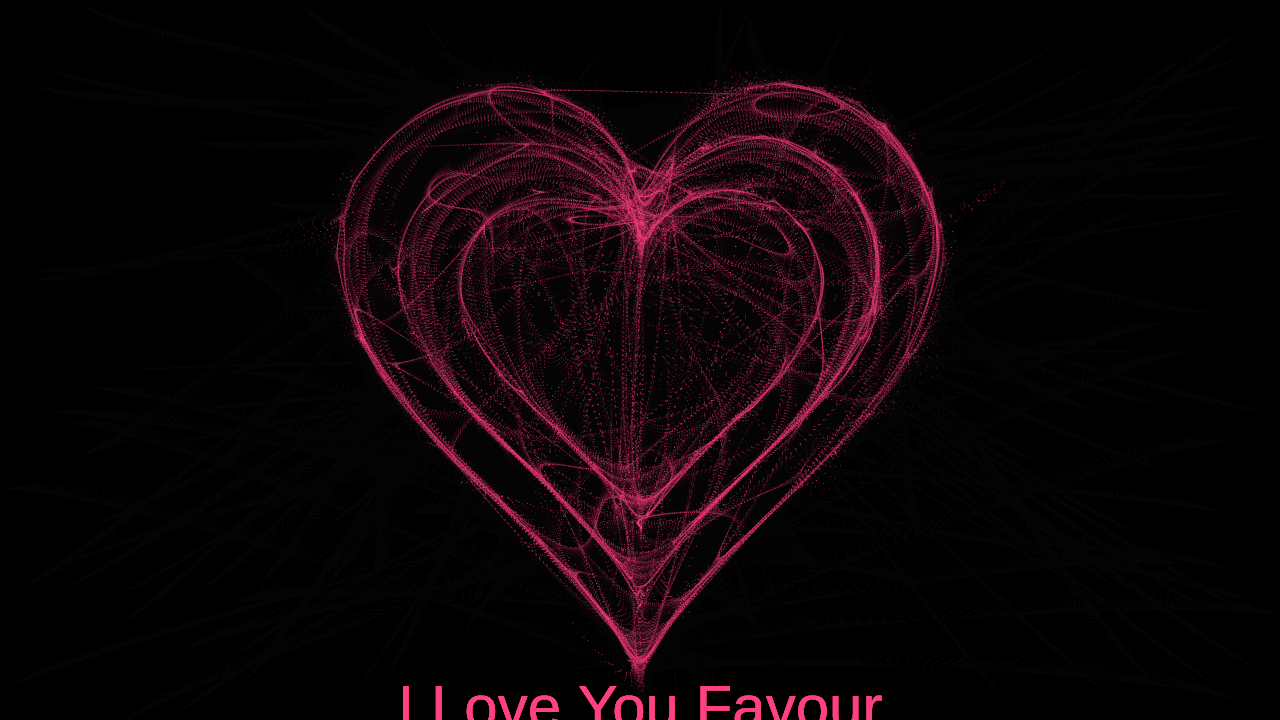
Repository: Madgerald-09/Something
Page: love.html
These files come from the project's save history. The page is drawn as it stood at one moment and after the next save; the edit follows.
The browser window is 1280 px wide. The pictures show the whole page.

Above is the page before, as saved 2025-12-09 01:51:53.

### love.html
<!DOCTYPE html>
<html lang="en">
<head>
  <meta charset="UTF-8">
  <meta name="viewport" content="width=device-width, initial-scale=1.0">
  <title>❤️ I Love You Favour</title>
  <link rel="stylesheet" href="styles/love.css">
  <style>
    #clickMessage {
      position: fixed;
      top: 50%;
      left: 50%;
      transform: translate(-50%, -50%);
      color: white;
      font-size: 24px;
      text-align: center;
      background: rgba(255, 64, 129, 0.9);
      padding: 20px 40px;
      border-radius: 25px;
      z-index: 1000;
      animation: pulse 2s infinite;
      cursor: pointer;
      box-shadow: 0 10px 30px rgba(255, 64, 129, 0.5);
      display: none;
    }
    @keyframes pulse {
      0% { transform: translate(-50%, -50%) scale(1); }
      50% { transform: translate(-50%, -50%) scale(1.05); }
      100% { transform: translate(-50%, -50%) scale(1); }
    }
  </style>
</head>
<body>
  <canvas id="heart"></canvas>

  <audio id="backgroundMusic" loop>
    <source src="assets/blue.mp3" type="audio/mpeg">
    Your browser does not support the audio element.
  </audio>

  <div id="clickMessage">✨ Click to Play Music ✨</div>

  <script src="script/love.js"></script>

  <script>
    document.addEventListener('DOMContentLoaded', function() {
      const music = document.getElementById('backgroundMusic');
      const message = document.getElementById('clickMessage');

      // Check if music was playing on previous page
      const shouldPlay = localStorage.getItem('musicShouldPlay') === 'true';
      const savedTime = localStorage.getItem('musicTime') || 0;

      if (shouldPlay && savedTime > 0) {
        music.currentTime = parseFloat(savedTime);
      }

      // Try to auto-play
      setTimeout(() => {
        music.play().then(() => {
          console.log('🎵 Music playing automatically');
          message.style.display = 'none';

          // Save playback state
          music.addEventListener('play', () => {
            localStorage.setItem('musicShouldPlay', 'true');
          });

          music.addEventListener('pause', () => {
            localStorage.setItem('musicShouldPlay', 'false');
          });

          // Save current time every 3 seconds
          setInterval(() => {
            localStorage.setItem('musicTime', music.currentTime);
          }, 3000);

        }).catch(error => {
          console.log('🔇 Autoplay blocked, showing play button');
          message.style.display = 'block';

          // Play when message is clicked
          message.addEventListener('click', function playMusic() {
            music.play().then(() => {
              message.style.display = 'none';
              localStorage.setItem('musicShouldPlay', 'true');
            }).catch(e => {
              console.log('Still failed:', e);
              message.textContent = '❌ Cannot play audio. Please refresh.';
            });
            message.removeEventListener('click', playMusic);
          });

          // Also play on any click
          document.addEventListener('click', function playOnAnyClick() {
            if (music.paused) {
              music.play();
              message.style.display = 'none';
            }
            document.removeEventListener('click', playOnAnyClick);
          });
        });
      }, 1000);
    });
  </script>
</body>
</html>

### styles/love.css
body, html {
    margin: 0;
    padding: 0;
    width: 100%;
    height: 100%;
    overflow: hidden;
    background: #000;
}

canvas {
    display: block;
    position: absolute;
    top: 0;
    left: 0;
    width: 100%;
    height: 100%;
}

### script/love.js
window.requestAnimationFrame =
  window.__requestAnimationFrame ||
  window.requestAnimationFrame ||
  window.webkitRequestAnimationFrame ||
  window.mozRequestAnimationFrame ||
  window.oRequestAnimationFrame ||
  window.msRequestAnimationFrame ||
  (function () {
    return function (callback, element) {
      var lastTime = element.__lastTime || 0;
      var currTime = Date.now();
      var timeToCall = Math.max(1, 33 - (currTime - lastTime));
      window.setTimeout(callback, timeToCall);
      element.__lastTime = currTime + timeToCall;
    };
  })();

window.isDevice = /android|webos|iphone|ipad|ipod|blackberry|iemobile|opera mini/i.test(
  (navigator.userAgent || navigator.vendor || window.opera).toLowerCase()
);

var loaded = false;

function init() {
  if (loaded) return;
  loaded = true;
  var mobile = window.isDevice;
  var koef = mobile ? 0.5 : 1;
  var canvas = document.getElementById("heart");
  var ctx = canvas.getContext("2d");
  var width = (canvas.width = koef * innerWidth);
  var height = (canvas.height = koef * innerHeight);
  var rand = Math.random;

  ctx.fillStyle = "rgba(0,0,0,1)";
  ctx.fillRect(0, 0, width, height);

  function drawText() {
    ctx.font = "60px Arial";
    ctx.fillStyle = "#ff4081";
    ctx.textAlign = "center";
    ctx.fillText("I Love You Favour", width / 2, height / 2.2 + 400);
  }

  function heartPosition(rad) {
    return [
      Math.pow(Math.sin(rad), 3),
      -(
        15 * Math.cos(rad) -
        5 * Math.cos(2 * rad) -
        2 * Math.cos(3 * rad) -
        Math.cos(4 * rad)
      ),
    ];
  }

  function scaleAndTranslate(pos, sx, sy, dx, dy) {
    return [dx + pos[0] * sx, dy + pos[1] * sy];
  }

  window.addEventListener("resize", function () {
    width = canvas.width = koef * innerWidth;
    height = canvas.height = koef * innerHeight;
    ctx.fillStyle = "rgba(0,0,0,1)";
    ctx.fillRect(0, 0, width, height);
  });

  var traceCount = mobile ? 20 : 50;
  var pointsOrigin = [];
  var dr = mobile ? 0.3 : 0.1;
  for (var i = 0; i < Math.PI * 2; i += dr)
    pointsOrigin.push(scaleAndTranslate(heartPosition(i), 310, 19, 0, 0));
  for (var i = 0; i < Math.PI * 2; i += dr)
    pointsOrigin.push(scaleAndTranslate(heartPosition(i), 250, 15, 0, 0));
  for (var i = 0; i < Math.PI * 2; i += dr)
    pointsOrigin.push(scaleAndTranslate(heartPosition(i), 190, 11, 0, 0));

  var heartPointsCount = pointsOrigin.length;
  var targetPoints = [];

  function pulse(kx, ky) {
    for (var i = 0; i < pointsOrigin.length; i++) {
      targetPoints[i] = [
        kx * pointsOrigin[i][0] + width / 2,
        ky * pointsOrigin[i][1] + height / 2.2,
      ];
    }
  }

  var e = [];
  for (var i = 0; i < heartPointsCount; i++) {
    var x = rand() * width;
    var y = rand() * height;
    e[i] = {
      vx: 0,
      vy: 0,
      R: 2,
      speed: rand() + 5,
      q: ~~(rand() * heartPointsCount),
      D: 2 * (i % 2) - 1,
      force: 0.2 * rand() + 0.7,
      f: "rgba(255, 64, 129, 0.7)",
      trace: Array.from({ length: traceCount }, () => ({ x, y })),
    };
  }

  var config = { traceK: 0.4, timeDelta: 0.6 };
  var time = 0;

  function loop() {
    var n = -Math.cos(time);
    pulse((1 + n) * 0.5, (1 + n) * 0.5);
    time += (Math.sin(time) < 0 ? 9 : n > 0.8 ? 0.2 : 1) * config.timeDelta;

    ctx.fillStyle = "rgba(0,0,0,.1)";
    ctx.fillRect(0, 0, width, height);

    for (var i = e.length; i--; ) {
      var u = e[i];
      var q = targetPoints[u.q];
      var dx = u.trace[0].x - q[0];
      var dy = u.trace[0].y - q[1];
      var length = Math.sqrt(dx * dx + dy * dy);

      if (length < 10) {
        if (rand() > 0.95) {
          u.q = ~~(rand() * heartPointsCount);
        } else {
          if (rand() > 0.99) u.D *= -1;
          u.q = (u.q + u.D) % heartPointsCount;
          if (u.q < 0) u.q += heartPointsCount;
        }
      }

      u.vx += (-dx / length) * u.speed;
      u.vy += (-dy / length) * u.speed;
      u.trace[0].x += u.vx;
      u.trace[0].y += u.vy;
      u.vx *= u.force;
      u.vy *= u.force;

      for (var k = 0; k < u.trace.length - 1; k++) {
        var T = u.trace[k];
        var N = u.trace[k + 1];
        N.x -= config.traceK * (N.x - T.x);
        N.y -= config.traceK * (N.y - T.y);
      }

      ctx.fillStyle = u.f;
      u.trace.forEach((t) => ctx.fillRect(t.x, t.y, 1, 1));
    }

    drawText();
    window.requestAnimationFrame(loop, canvas);
  }

  loop();
}

document.addEventListener("DOMContentLoaded", init);

After the next save:
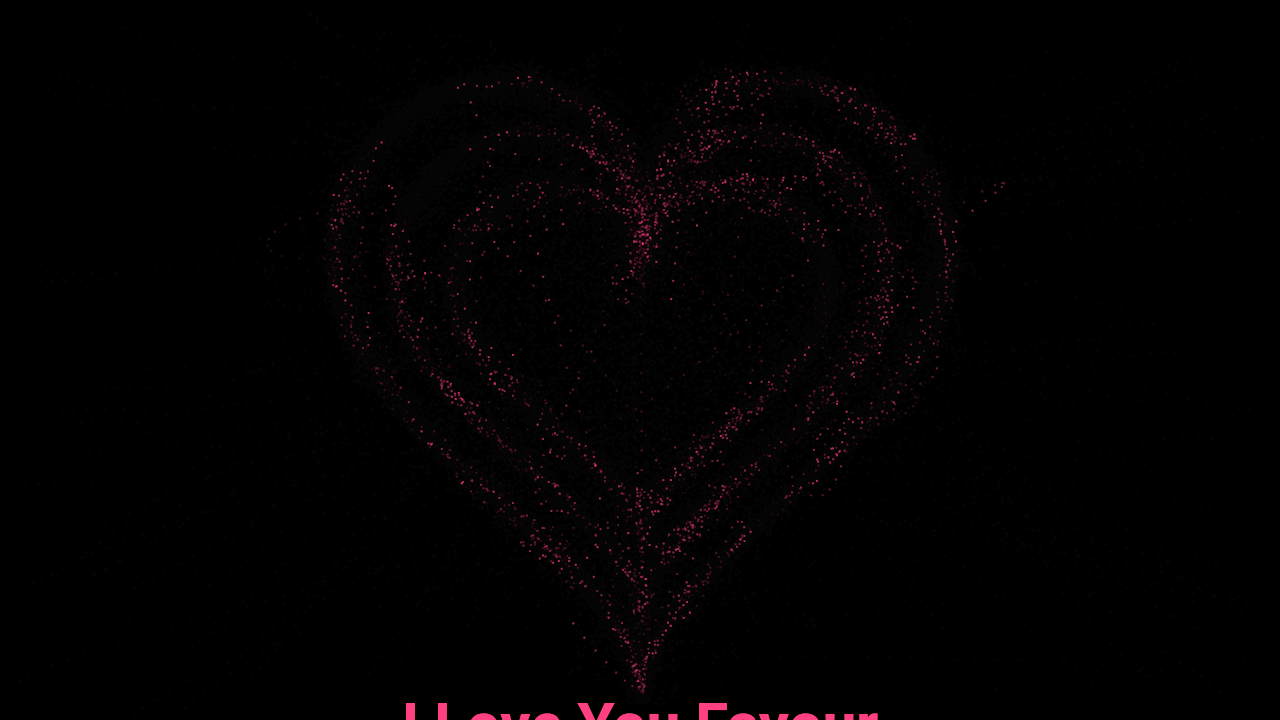
Saved 70 s later.
--- a/script/love.js
+++ b/script/love.js
@@ -19,27 +19,76 @@ window.isDevice = /android|webos|iphone|ipad|ipod|blackberry|iemobile|opera mini
   (navigator.userAgent || navigator.vendor || window.opera).toLowerCase()
 );
 
+// Added Android-specific detection
+window.isAndroid = /android/i.test(navigator.userAgent.toLowerCase());
+
 var loaded = false;
 
 function init() {
   if (loaded) return;
   loaded = true;
+
   var mobile = window.isDevice;
-  var koef = mobile ? 0.5 : 1;
+  var isAndroid = window.isAndroid;
+
+  // Adjust koef for Android 150% zoom
+  var koef = mobile ? (isAndroid ? 0.6 : 0.5) : 1;
   var canvas = document.getElementById("heart");
   var ctx = canvas.getContext("2d");
-  var width = (canvas.width = koef * innerWidth);
-  var height = (canvas.height = koef * innerHeight);
+
+  // Handle high DPI displays (150% zoom)
+  var dpi = window.devicePixelRatio || 1;
+  if (isAndroid && dpi > 1.5) {
+    koef = koef * (1.5 / dpi); // Adjust for 150% zoom
+  }
+
+  var width = canvas.width = koef * innerWidth;
+  var height = canvas.height = koef * innerHeight;
+
+  // Scale canvas for high DPI
+  canvas.style.width = innerWidth + 'px';
+  canvas.style.height = innerHeight + 'px';
+
   var rand = Math.random;
 
   ctx.fillStyle = "rgba(0,0,0,1)";
   ctx.fillRect(0, 0, width, height);
 
   function drawText() {
-    ctx.font = "60px Arial";
+    // Adjust font size for Android and 150% zoom
+    var fontSize = isAndroid ? "48px" : "60px";
+    if (window.innerWidth < 480) {
+      fontSize = "36px";
+    }
+    if (window.innerWidth < 360) {
+      fontSize = "28px";
+    }
+
+    ctx.font = `bold ${fontSize} 'Roboto', Arial, sans-serif`;
     ctx.fillStyle = "#ff4081";
     ctx.textAlign = "center";
-    ctx.fillText("I Love You Favour", width / 2, height / 2.2 + 400);
+    ctx.textBaseline = "middle";
+
+    // Adjust text position for different screens
+    var textY = height / 2.2 + 400;
+    if (isAndroid && window.innerHeight < 700) {
+      textY = height / 2.2 + 300;
+    }
+
+    // Draw text with shadow for better visibility
+    ctx.shadowColor = 'rgba(0, 0, 0, 0.5)';
+    ctx.shadowBlur = 10;
+    ctx.shadowOffsetX = 2;
+    ctx.shadowOffsetY = 2;
+
+    // Changed from "I Love You Mitchelle" to "I Love You Favour"
+    ctx.fillText("I Love You Favour", width / 2, textY);
+
+    // Reset shadow
+    ctx.shadowColor = 'transparent';
+    ctx.shadowBlur = 0;
+    ctx.shadowOffsetX = 0;
+    ctx.shadowOffsetY = 0;
   }
 
   function heartPosition(rad) {
@@ -58,22 +107,38 @@ function init() {
     return [dx + pos[0] * sx, dy + pos[1] * sy];
   }
 
+  // Enhanced resize handler for Android
+  let resizeTimeout;
   window.addEventListener("resize", function () {
-    width = canvas.width = koef * innerWidth;
-    height = canvas.height = koef * innerHeight;
-    ctx.fillStyle = "rgba(0,0,0,1)";
-    ctx.fillRect(0, 0, width, height);
+    clearTimeout(resizeTimeout);
+    resizeTimeout = setTimeout(function() {
+      width = canvas.width = koef * innerWidth;
+      height = canvas.height = koef * innerHeight;
+      canvas.style.width = innerWidth + 'px';
+      canvas.style.height = innerHeight + 'px';
+      ctx.fillStyle = "rgba(0,0,0,1)";
+      ctx.fillRect(0, 0, width, height);
+
+      // Redraw hearts with new dimensions
+      if (typeof window.resizeHearts === 'function') {
+        window.resizeHearts();
+      }
+    }, 150);
   });
 
-  var traceCount = mobile ? 20 : 50;
+  // Adjust trace count for Android performance
+  var traceCount = mobile ? (isAndroid ? 15 : 20) : 50;
   var pointsOrigin = [];
-  var dr = mobile ? 0.3 : 0.1;
+  var dr = mobile ? (isAndroid ? 0.4 : 0.3) : 0.1;
+
+  // Adjust heart sizes for Android
+  var heartScale = isAndroid ? 0.8 : 1;
   for (var i = 0; i < Math.PI * 2; i += dr)
-    pointsOrigin.push(scaleAndTranslate(heartPosition(i), 310, 19, 0, 0));
+    pointsOrigin.push(scaleAndTranslate(heartPosition(i), 310 * heartScale, 19 * heartScale, 0, 0));
   for (var i = 0; i < Math.PI * 2; i += dr)
-    pointsOrigin.push(scaleAndTranslate(heartPosition(i), 250, 15, 0, 0));
+    pointsOrigin.push(scaleAndTranslate(heartPosition(i), 250 * heartScale, 15 * heartScale, 0, 0));
   for (var i = 0; i < Math.PI * 2; i += dr)
-    pointsOrigin.push(scaleAndTranslate(heartPosition(i), 190, 11, 0, 0));
+    pointsOrigin.push(scaleAndTranslate(heartPosition(i), 190 * heartScale, 11 * heartScale, 0, 0));
 
   var heartPointsCount = pointsOrigin.length;
   var targetPoints = [];
@@ -88,23 +153,30 @@ function init() {
   }
 
   var e = [];
-  for (var i = 0; i < heartPointsCount; i++) {
+  // Fewer particles for Android performance
+  var particleCount = isAndroid ? Math.floor(heartPointsCount * 0.7) : heartPointsCount;
+
+  for (var i = 0; i < particleCount; i++) {
     var x = rand() * width;
     var y = rand() * height;
     e[i] = {
       vx: 0,
       vy: 0,
-      R: 2,
-      speed: rand() + 5,
+      R: isAndroid ? 1.5 : 2, // Smaller dots for Android
+      speed: rand() + (isAndroid ? 3 : 5),
       q: ~~(rand() * heartPointsCount),
       D: 2 * (i % 2) - 1,
-      force: 0.2 * rand() + 0.7,
-      f: "rgba(255, 64, 129, 0.7)",
+      force: 0.2 * rand() + (isAndroid ? 0.6 : 0.7),
+      f: "rgba(255, 64, 129, " + (isAndroid ? "0.6" : "0.7") + ")",
       trace: Array.from({ length: traceCount }, () => ({ x, y })),
     };
   }
 
-  var config = { traceK: 0.4, timeDelta: 0.6 };
+  // Adjust config for Android performance
+  var config = {
+    traceK: isAndroid ? 0.3 : 0.4,
+    timeDelta: isAndroid ? 0.4 : 0.6
+  };
   var time = 0;
 
   function loop() {
@@ -112,7 +184,8 @@ function init() {
     pulse((1 + n) * 0.5, (1 + n) * 0.5);
     time += (Math.sin(time) < 0 ? 9 : n > 0.8 ? 0.2 : 1) * config.timeDelta;
 
-    ctx.fillStyle = "rgba(0,0,0,.1)";
+    // Slightly more opaque background for Android visibility
+    ctx.fillStyle = isAndroid ? "rgba(0,0,0,.15)" : "rgba(0,0,0,.1)";
     ctx.fillRect(0, 0, width, height);
 
     for (var i = e.length; i--; ) {
@@ -147,14 +220,39 @@ function init() {
       }
 
       ctx.fillStyle = u.f;
-      u.trace.forEach((t) => ctx.fillRect(t.x, t.y, 1, 1));
+      // Draw smaller rectangles for Android
+      ctx.fillRect(u.trace[0].x, u.trace[0].y, u.R, u.R);
     }
 
     drawText();
     window.requestAnimationFrame(loop, canvas);
   }
 
+  // Expose functions for external control
+  window.resizeHearts = function() {
+    width = canvas.width = koef * innerWidth;
+    height = canvas.height = koef * innerHeight;
+    canvas.style.width = innerWidth + 'px';
+    canvas.style.height = innerHeight + 'px';
+  };
+
+  window.pauseHearts = function() {
+    // No actual pause, but could be implemented
+  };
+
+  window.resumeHearts = function() {
+    // Resume animation
+  };
+
   loop();
 }
 
-document.addEventListener("DOMContentLoaded", init);
+// Android-specific DOMContentLoaded handling
+if (window.isAndroid) {
+  document.addEventListener('DOMContentLoaded', function() {
+    // Small delay for Android to ensure proper rendering
+    setTimeout(init, 300);
+  });
+} else {
+  document.addEventListener("DOMContentLoaded", init);
+}
